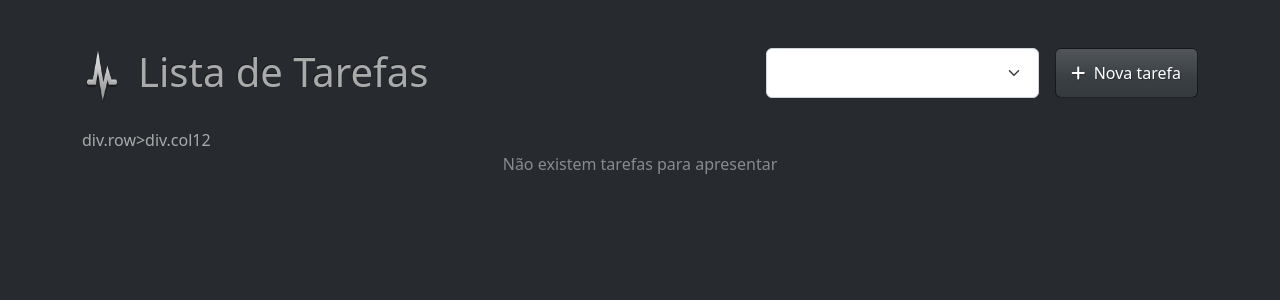
Repository: cargugati/lista_tarefas
Page: frontEnd/index.html
An editor plug-in stored every save of this project. The page is shown before and after a run of saves, followed by the edit.
The browser window is 1280 px wide. The pictures show the whole page.

Above is the page before, as saved 2023-03-18 20:26:42.

### frontEnd/index.html
<!DOCTYPE html>
<html lang="pt-br">

<head>
  <meta charset="UTF-8">
  <meta http-equiv="X-UA-Compatible" content="IE=edge">
  <meta name="viewport" content="width=device-width, initial-scale=1.0">
  <title>Lista de Tarefas</title>
  <link rel="stylesheet" href="./assets/css/bootstrap.min.css">
  <link rel="stylesheet" href="./assets/fontawesome/css/all.min.css">
  <link rel="shortcut icon" href="./assets/images/favicon.png" type="image/png">
</head>

<body>
  <div class="container my-5">

    <!-- cabeçalho -->
    <div class="row mb-4">
      <div class="col">
        <div class="d-flex justify-content-start">
          <img src="./assets/images/favicon.png" alt="Logo" class="img-fluid me-3" width="40px">
          <h1>Lista de Tarefas</h1>
        </div>

      </div>
      <div class="col text-end">
        <div class="d-flex justify-content-end">
          <select id="select_filter" class="form-select w-50 me-3">
            <option value=""></option>
            <option value="1">1</option>
          </select>
          <a href="new_task.html" class="btn btn-primary"><i class="fa-solid fa-plus me-2"></i>Nova tarefa</a>
        </div>
      </div>
    </div>

    <!-- aspecto visual de uma tarefa -->
    div.row>div.col12

    <!-- sem tarefa -->
    <div class="row " id="no_tasks">
      <div class="col text-center">
        <span class="opacity-75">Não existem tarefas para apresentar</span>
      </div>
    </div>
  </div>


  <script src="./assets/js/bootstrap.bundle.min.js"></script>
</body>

</html>

Loaded but not shown: frontEnd/assets/css/bootstrap.min.css (library); frontEnd/assets/fontawesome/css/all.min.css (library); frontEnd/assets/js/bootstrap.bundle.min.js (library)

After the next 2 saves:
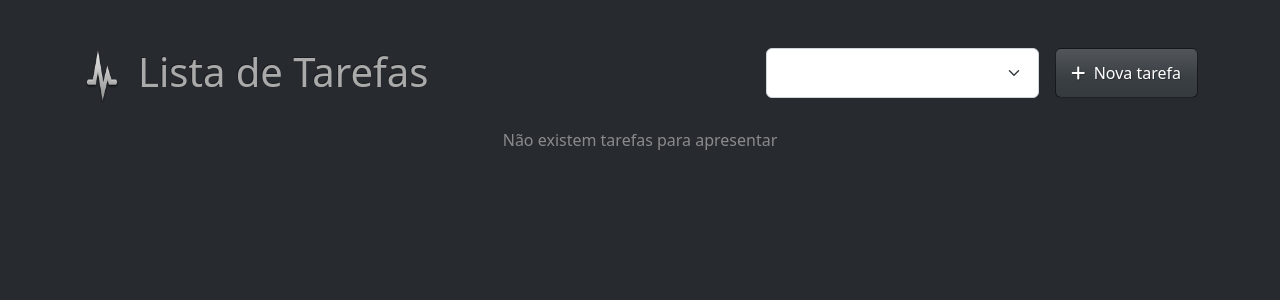
The 2 saves are shown as one change because they came seconds apart.
The last was saved 11 s later.
--- a/frontEnd/index.html
+++ b/frontEnd/index.html
@@ -35,7 +35,10 @@
     </div>
 
     <!-- aspecto visual de uma tarefa -->
-    div.row>div.col12
+    <div class="row">
+      <div class="col-12"></div>
+    </div>
+
 
     <!-- sem tarefa -->
     <div class="row " id="no_tasks">
